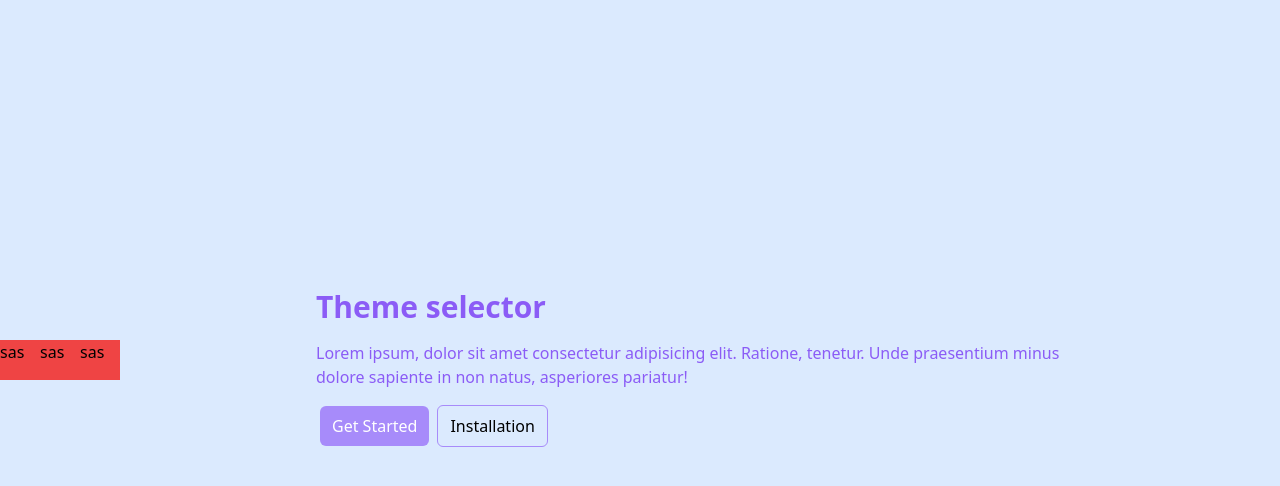
Repository: prince-bansal/tailwind-theme-switcher
Page: /
The author's editor kept a copy of each file at every save. The page is drawn from the files as they stood at one save, then again after a run of saves.
The browser window is 1280 px wide. The pictures show the whole page.
The project was rebuilt for these pictures with package versions that can differ from the ones it lists, and the page was loaded fresh each time. Also part of the build but not shown: vite.config.ts, src/index.css.

Above is the page before, as saved 2024-03-17 19:33:06.

### src/App.tsx
import './App.css'

function App() {

  return (
    <div className=" bg-fill min-h-screen flex items-center justify-center">
      {["bg-red-500", "bg-blue-500", "bg-green-500"].map((color) => (
        <div className={`h-10 w-10 bg-red-500 ${color}`}>sas</div>
      ))}
      <div className="w-[60%] m-auto">
        <h1 className="text-3xl text-heading my-4 font-bold">Theme selector</h1>
        <p className="text-heading">
          Lorem ipsum, dolor sit amet consectetur adipisicing elit. Ratione,
          tenetur. Unde praesentium minus dolore sapiente in non natus,
          asperiores pariatur!
        </p>
        <button className="mt-4 bg-primary text-white p-2 px-3 mx-1 rounded-md">
          Get Started
        </button>
        <button className="mt-4 border-primary border p-2 px-3 mx-1 rounded-md">
          Installation
        </button>
      </div>{" "}
    </div>
  );
}

export default App

### src/App.css
@tailwind base;
@tailwind components;
@tailwind utilities;

@layer base{
    :root {
        --heading-color: rgb(139 92 246);
        --bg-fill: rgb(219 234 254);
        --bg-button-accent: rgb(167 139 250);
        --border-color:rgb(167 139 250);;
    }
    .theme-blue{
        --heading-color: rgb(30 58 138);
        --bg-fill: rgb(219 234 254);
        --bg-button-accent: rgb(167 139 250);
        --border-color: rgb(147 197 253);
    }

    .theme-red{
        --heading-color: rgb(220 38 38);
        --bg-fill: rgb(254 226 226);
        --bg-button-accent: rgb(252 165 165);
        --border-color: rgb(252 165 165);
    }

    .theme-green{
        --heading-color: rgb(21 128 61);
        --bg-fill: rgb(220 252 231);
        --bg-button-accent: rgb(134 239 172);
        --border-color: rgb(134 239 172);
    }


}

### tailwind.config.js
/** @type {import('tailwindcss').Config} */
export default {
  content: ["./index.html", "./src/**/*.{js,ts,jsx,tsx}"],
  theme: {
    extend: {
      colors: {
        heading: "var(--heading-color)",
      },
      backgroundColor: {
        "btn-accent": "var(--bg-button-accent)",
        fill: "var(--bg-fill)",
        primary: "var(--border-color)",
      },
      borderColor: {
        primary: "var(--border-color)",
      },
    },
  },
  plugins: [],
};

Loaded but not shown: index.html (common file); src/main.tsx (common file)

After the next 2 saves:
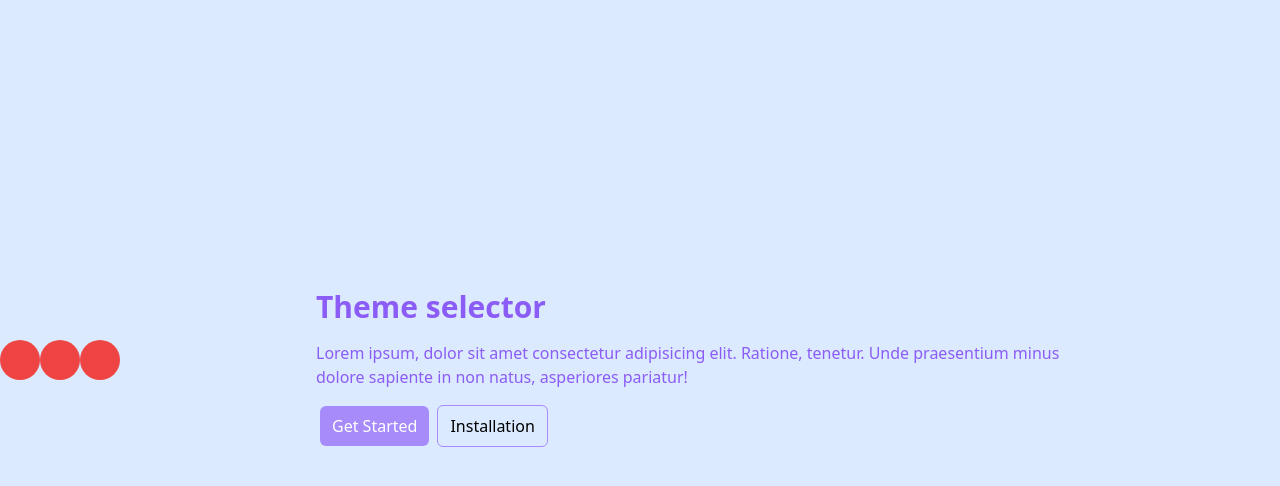
The 2 saves are shown as one change because they came seconds apart.
The last was saved 10 s later.
--- a/src/App.tsx
+++ b/src/App.tsx
@@ -5,7 +5,7 @@ function App() {
   return (
     <div className=" bg-fill min-h-screen flex items-center justify-center">
       {["bg-red-500", "bg-blue-500", "bg-green-500"].map((color) => (
-        <div className={`h-10 w-10 bg-red-500 ${color}`}>sas</div>
+        <div className={`h-10 rounded-full w-10 bg-red-500 ${color}`}></div>
       ))}
       <div className="w-[60%] m-auto">
         <h1 className="text-3xl text-heading my-4 font-bold">Theme selector</h1>
